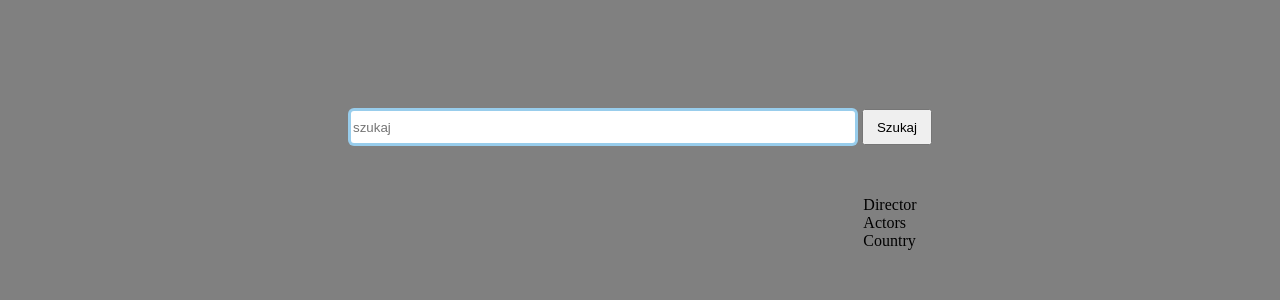
Repository: kq333/wyszukiarka-filmowa
Page: index.html
The author's editor kept a copy of each file at every save. The page is drawn from the files as they stood at one save, then again after the next save.
The browser window is 1280 px wide. The pictures show the whole page.
The style sheet was rebuilt from its Sass, Less or Tailwind sources for each picture, by a compiler version that may differ from the author's.

Above is the page before, as saved 2021-01-20 13:02:39.

### index.html
<!DOCTYPE html>
<!--[if lt IE 7]>      <html class="no-js lt-ie9 lt-ie8 lt-ie7"> <![endif]-->
<!--[if IE 7]>         <html class="no-js lt-ie9 lt-ie8"> <![endif]-->
<!--[if IE 8]>         <html class="no-js lt-ie9"> <![endif]-->
<!--[if gt IE 8]>      <html class="no-js"> <!--<![endif]-->
<html>
    <head>
        <meta charset="utf-8">
        <meta http-equiv="X-UA-Compatible" content="IE=edge">
        <title></title>
        <meta name="description" content="">
        <meta name="viewport" content="width=device-width, initial-scale=1">
        <link rel="stylesheet" href="style/style.css">
    </head>


    <body>
        <!--[if lt IE 7]>
            <p class="browsehappy">You are using an <strong>outdated</strong> browser. Please <a href="#">upgrade your browser</a> to improve your experience.</p>
        <![endif]-->

        <main>
            <div id="container">
                    <div class="searchBar">
                        <input id="search" type="text" placeholder="szukaj" onfocus="this.value=''">
                        <button id="btn">Szukaj</button>
                    </div>

                        <div class="movieTitle"></div>

                            <div class="mainContent">
                                <div class="leftSide">
                                    <div class="poster"></div>
                                </div>

                                    <div class="rightSide">
                                        <div class="director">
                                            <span class="Name">Director</span>
                                            <span class="DirectorName"></span>
                                        </div>
                                            <div class="Actors">
                                                <span class="Name">Actors</span>
                                                <span class="ActorsName"></span>
                                            </div>
                                                <div class="Country">
                                                    <span class="Name">Country</span>
                                                    <span class="CountryName"></span>
                                                </div>
                                                    <div class="Year">
                                                        <span class="Name"></span>
                                                        <span class="YearName"></span>
                                                    </div>
                                                        <div class="Genre">
                                                            <span class="Name"></span>
                                                            <span class="GenreName"></span>
                                                        </div>
                                                            <div class="Plote">
                                                                <span class="Name"></span>
                                                                <span class="PloteName"></span>
                                                            </div>
                                    </div>
                            </div>
            </div>

            <footer>
                <div class="description"></div>
            </footer>
        </main>

        <script src="script.js" async>

        </script>
    </body>
</html>

### script.js


const btn = document.getElementById("btn");



btn.addEventListener('click', ()=>{

 document.querySelector(".poster").innerHTML ="";


 const search = document.getElementById("search").value;

 const url =   'http://www.omdbapi.com/?apikey=7bd5b2c8&t=';

//   const url = 'http://api.tvmaze.com/search/shows?q=';


  const result  = url + search;
  fetch(result)

  .then((res)=>{
      return res.json();
  })
  .then((data)=>{
     document.querySelector(".movieTitle").innerHTML = data.Title;
      console.log(data)
      console.log(data.Actors)
      console.log(data.Poster)
      let poster = data.Poster

      imageCreate = () =>{
          const elem = document.createElement("img")
          document.querySelector(".poster").appendChild(elem);
          elem.src = poster;
      }
      imageCreate();



  })
})

### style/style.scss
body{
    background-color: grey;
}

#container{
    width:1000px;
    height: auto;
    margin:auto;
    display:grid;
    grid-template-columns: auto;
    grid-template-areas:"searchBar"
                        "movieTitle"

                        ;





.searchBar{
    grid-area:searchBar;
    margin:auto;
    margin-top:100px;

    #search{
        width: 500px;
        height: 30px;
        border-radius: 6px;
        border:3px solid rgba(84, 172, 223, 0.6);
    }

    #btn{
        width: 70px;
        height: 36px;
    }


}

.movieTitle{
    grid-area: movieTitle;
    margin:auto;
    margin-top:50px;
    font-size: 60px;
    letter-spacing: 4px;
    text-transform: uppercase;
}


.mainContent{
    display:grid;
    gap:10px;
    grid-template-columns: auto auto;
    grid-template-areas:"leftSide rightSide" ;


    .leftSide{
        grid-area:leftSide;

        .poster{
            width:490px;
            height: auto;

        }

    }


    .rightSide{

        grid-area:rightSide;


        .director{

            .Name{

            }

            .DirectorName{

            }


        }


    }






}









}

After the next save:
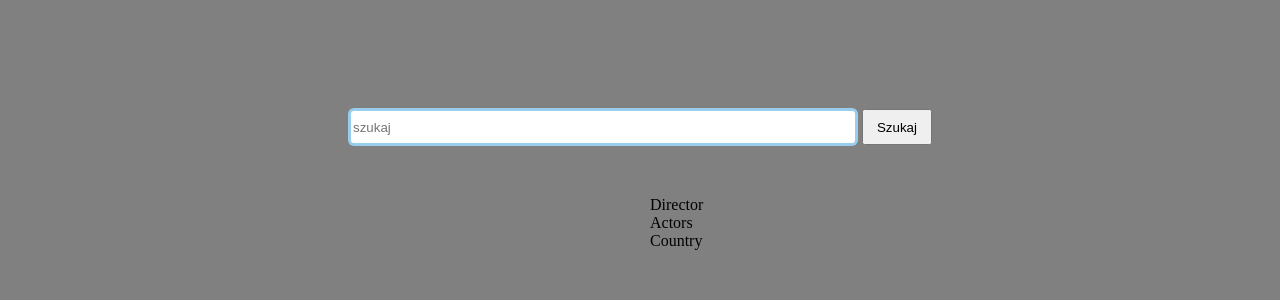
Saved 26 s later.
--- a/style/style.scss
+++ b/style/style.scss
@@ -50,7 +50,7 @@ body{
 .mainContent{
     display:grid;
     gap:10px;
-    grid-template-columns: auto auto;
+    grid-template-columns: 50% 50%;
     grid-template-areas:"leftSide rightSide" ;
 
 
